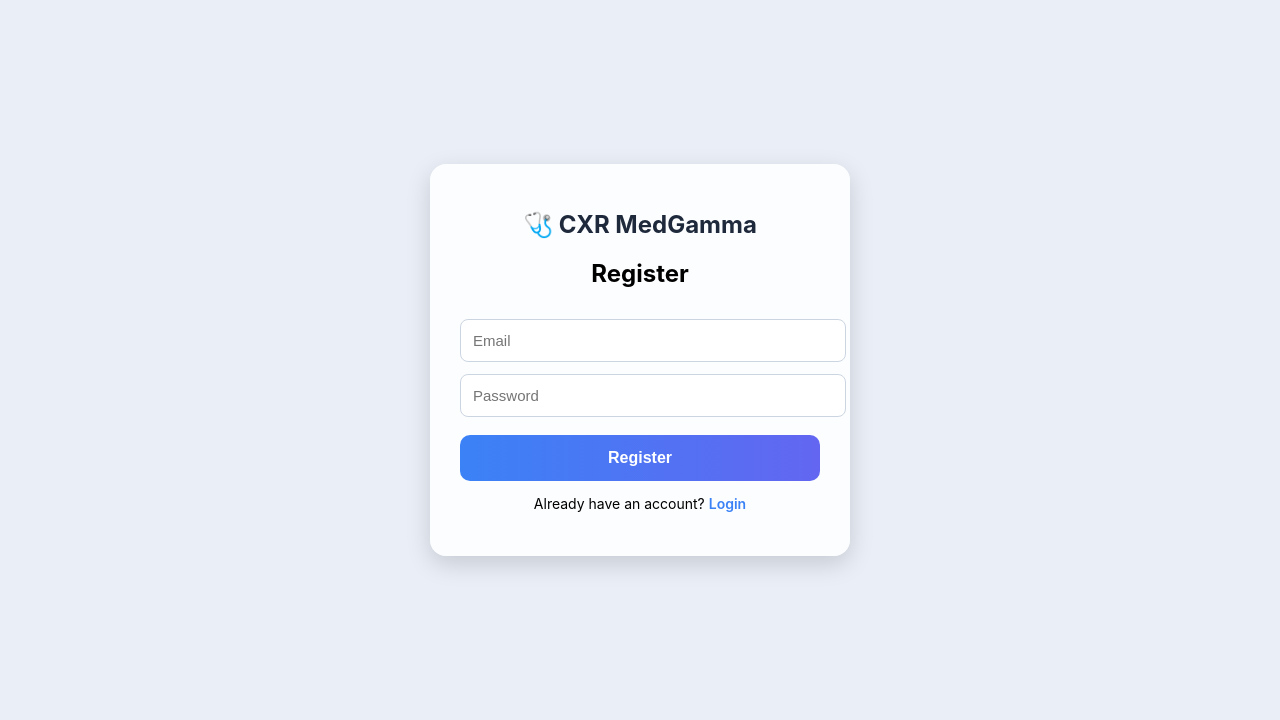
Repository: G-725/cxr-rrg
Page: /register (app in my-react-app/)
The author's editor kept a copy of each file at every save. The page is drawn from the files as they stood at one save, then again after the next save.
The browser window is 1280 px wide. The pictures show the whole page.
The project was rebuilt for these pictures with package versions that can differ from the ones it lists, and the page was loaded fresh each time. Also part of the build but not shown: my-react-app/src/pages/login.js, my-react-app/src/components/Navbar.css, my-react-app/src/components/Navbar.js, my-react-app/src/pages/UserDashboard.js. Imported but missing from the stored project, and not drawn on this page: my-react-app/src/api.

Above is the page before, as saved 2025-11-29 15:30:31.

After the next save:
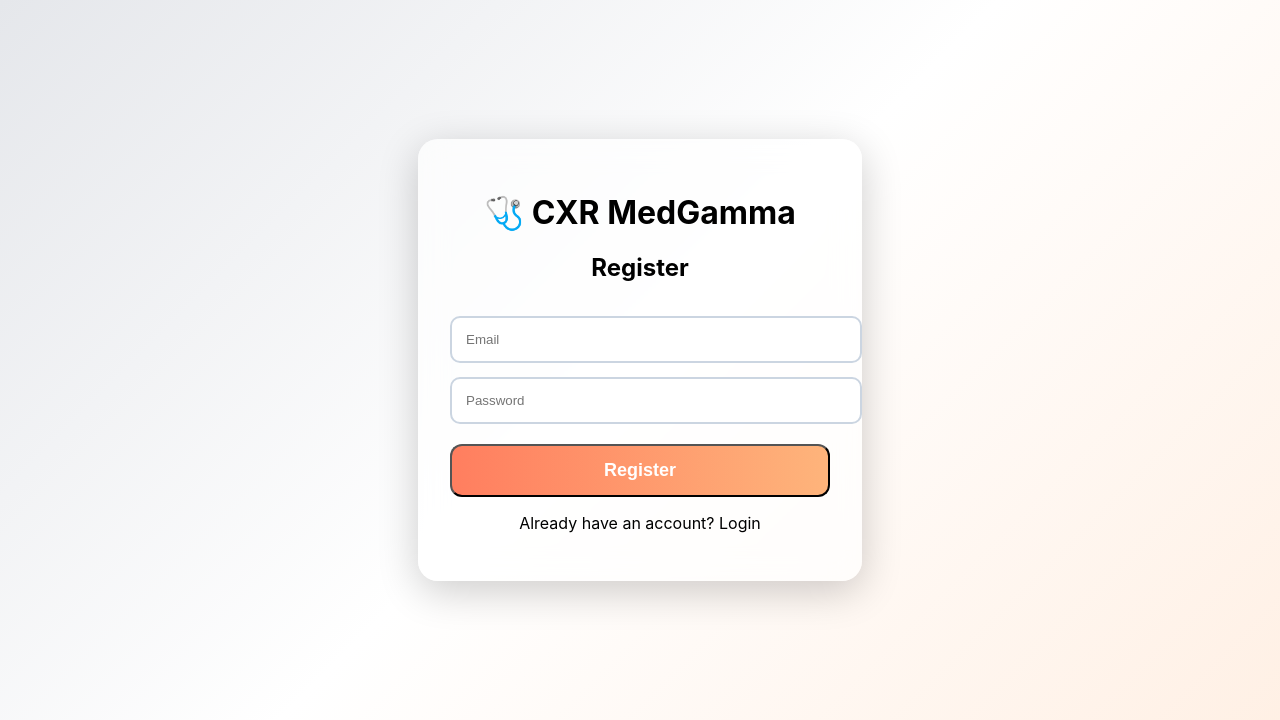
Saved 13 s later.
--- a/my-react-app/src/auth.css
+++ b/my-react-app/src/auth.css
@@ -1,100 +1,47 @@
-/* Container background */
 .auth-container {
   height: 100vh;
+  background: linear-gradient(135deg, #e5e7eb, #ffffff, #feb47b33);
   display: flex;
   justify-content: center;
   align-items: center;
-  background: #e9eef7;
 }
 
-/* Card */
 .auth-card {
-  width: 360px;
-  background: rgba(255, 255, 255, 0.85);
-  padding: 30px;
-  border-radius: 16px;
-  box-shadow: 0 8px 25px rgba(0,0,0,0.15);
-  backdrop-filter: blur(10px);
+  width: 380px;
+  background: rgba(255,255,255,0.65);
+  backdrop-filter: blur(14px);
+  padding: 32px;
+  border-radius: 20px;
   text-align: center;
+  box-shadow: 0 10px 40px rgba(0,0,0,0.2);
 }
 
-/* Animated fade effect */
-.fade {
-  animation: fadeIn 0.6s ease;
+.ashom-title {
+  font-size: 26px;
+  font-weight: 800;
+  color: #ff7e5f;
 }
 
-@keyframes fadeIn {
-  from { opacity: 0; transform: scale(0.95); }
-  to { opacity: 1; transform: scale(1); }
+.auth-input {
+  width: 100%;
+  padding: 14px;
+  margin-top: 14px;
+  border-radius: 10px;
+  border: 2px solid #cbd5e1;
 }
 
-/* Slide animation */
-.slide-up {
-  animation: slideUp 0.6s ease;
-}
-
-@keyframes slideUp {
-  from { transform: translateY(20px); opacity: 0; }
-  to { transform: translateY(0); opacity: 1; }
-}
-
-/* Logo Title */
-.logo-title {
-  font-size: 24px;
-  font-weight: 700;
-  margin-bottom: 12px;
-  color: #1e293b;
-}
-
-/* Inputs */
-.auth-input {
-  width: 100%;
-  padding: 12px;
-  margin-top: 12px;
-  border: 1px solid #cbd5e1;
-  border-radius: 8px;
-  font-size: 15px;
-  transition: 0.2s;
-}
-
-.auth-input:focus {
-  outline: none;
-  border-color: #6366f1;
-  box-shadow: 0 0 6px rgba(99,102,241,0.4);
-}
-
-/* Button */
 .auth-btn {
   width: 100%;
   padding: 14px;
-  margin-top: 18px;
-  background: linear-gradient(90deg, #3b82f6, #6366f1);
+  margin-top: 20px;
+  background: linear-gradient(90deg, #ff7e5f, #feb47b);
+  border-radius: 12px;
   color: white;
-  border: none;
-  border-radius: 10px;
-  cursor: pointer;
-  font-size: 16px;
-  font-weight: 600;
-  transition: 0.3s ease;
+  font-size: 18px;
+  font-weight: bold;
 }
 
-.auth-btn:hover {
-  transform: translateY(-3px);
-  box-shadow: 0 6px 15px rgba(0,0,0,0.2);
-}
-
-/* Switch text */
-.switch-text {
-  margin-top: 14px;
-  font-size: 14px;
-}
-
-.link-text {
-  color: #3b82f6;
-  font-weight: 600;
+.link {
+  color: #ff7e5f;
   cursor: pointer;
 }
-
-.link-text:hover {
-  text-decoration: underline;
-}
